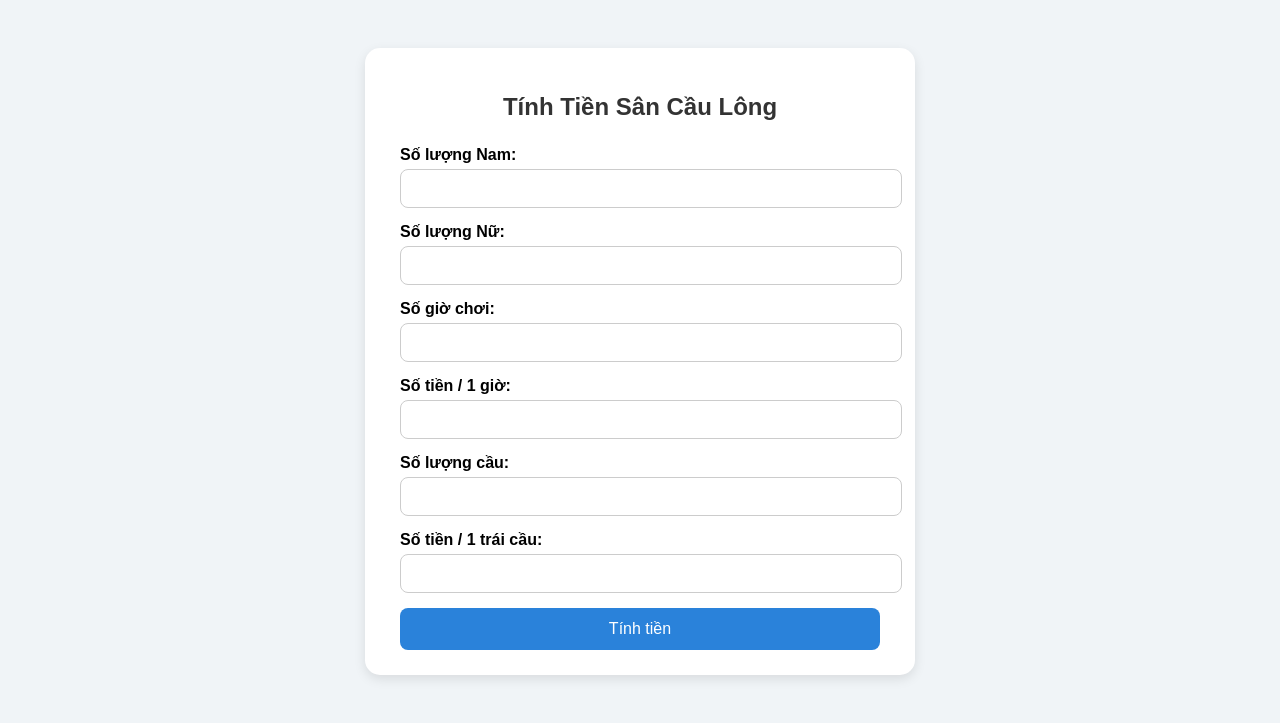
Repository: LuongPTCE181311/Badminton
Page: index.html
The author's editor kept a copy of each file at every save. The page is drawn from the files as they stood at one save, then again after the next save.
The browser window is 1280 px wide. The pictures show the whole page.

Above is the page before, as saved 2025-12-07 20:31:10.
Console error: TypeError: Cannot read properties of null (reading 'addEventListener')

### index.html
<!-- index.html -->
<!DOCTYPE html>
<html lang="vi">

<head>
    <meta charset="UTF-8" />
    <meta name="viewport" content="width=device-width, initial-scale=1.0" />
    <title>Badminton Fee Calculator</title>
    <link rel="stylesheet" href="assets/css/style.css" />
</head>

<body>
    <div class="container">
        <h2>Tính Tiền Sân Cầu Lông</h2>
        <label>Số lượng Nam:</label>
        <input type="number" id="maleCount" min="0" />
        <label>Số lượng Nữ:</label>
        <input type="number" id="femaleCount" min="0" />
        <label>Số giờ chơi:</label>
        <input type="number" id="hours" min="0" step="0.5" />
        <label>Số tiền / 1 giờ:</label>
        <input type="number" id="pricePerHour" min="0" />
        <label>Số lượng cầu:</label>
        <input type="number" id="shuttleCount" min="0" />
        <label>Số tiền / 1 trái cầu:</label>
        <input type="number" id="shuttlePrice" min="0" />
        <button onclick="calculateFee()">Tính tiền</button>
        <div id="result" class="result-box" style="display:none;"></div>
    </div>


    <script src="assets/js/main.js"></script>
</body>

</html>

### assets/css/style.css
body {
  font-family: Arial, sans-serif;
  background: #f0f4f7;
  display: flex;
  justify-content: center;
  padding: 40px;
}
.container {
  background: #ffffff;
  padding: 25px 35px;
  border-radius: 15px;
  max-width: 480px;
  width: 100%;
  box-shadow: 0 4px 12px rgba(0, 0, 0, 0.1);
}
h2 {
  text-align: center;
  margin-bottom: 25px;
  color: #333;
}
label {
  font-weight: bold;
}
input {
  width: 100%;
  padding: 10px;
  margin-top: 5px;
  margin-bottom: 15px;
  border-radius: 8px;
  border: 1px solid #ccc;
  font-size: 15px;
}
button {
  width: 100%;
  padding: 12px;
  background: #2a82da;
  color: #fff;
  border: none;
  border-radius: 8px;
  font-size: 16px;
  cursor: pointer;
}
button:hover {
  background: #1b5fa8;
}
.result-box {
  background: #eef5ff;
  padding: 15px;
  border-radius: 10px;
  margin-top: 20px;
  font-size: 17px;
}

### assets/js/main.js
document.getElementById("calculateBtn").addEventListener("click", function () {
  const men = parseInt(document.getElementById("men").value);
  const women = parseInt(document.getElementById("women").value);
  const hours = parseFloat(document.getElementById("hours").value);
  const pricePerHour = parseInt(document.getElementById("pricePerHour").value);
  const shuttleCount = parseInt(document.getElementById("shuttleCount").value);
  const pricePerShuttle = parseInt(
    document.getElementById("pricePerShuttle").value
  );
  const resultDiv = document.getElementById("result");

  // ----- Validate -----
  if (isNaN(men) || men < 0) return showError("Số lượng Nam không hợp lệ!");
  if (isNaN(women) || women < 0) return showError("Số lượng Nữ không hợp lệ!");
  if (men + women === 0) return showError("Phải có ít nhất 1 người chơi!");
  if (isNaN(hours) || hours <= 0)
    return showError("Số giờ chơi phải lớn hơn 0!");
  if (isNaN(pricePerHour) || pricePerHour < 1000)
    return showError("Tiền / giờ phải ≥ 1.000 VND!");
  if (isNaN(shuttleCount) || shuttleCount < 0)
    return showError("Số lượng cầu không hợp lệ!");
  if (isNaN(pricePerShuttle) || pricePerShuttle < 1000)
    return showError("Tiền 1 trái cầu phải ≥ 1.000 VND!");

  function showError(msg) {
    resultDiv.innerHTML = `<div style="color:red; font-weight:bold;">${msg}</div>`;
    return;
  }

  // ----- Tính tiền -----
  const courtCost = hours * pricePerHour;
  const shuttleCost = shuttleCount * pricePerShuttle;
  const totalCost = courtCost + shuttleCost;

  let costPerMan = 0;
  let costPerWoman = 0;
  let difference = 0;

  // ✔ Trường hợp chỉ có nam hoặc chỉ có nữ → CHIA ĐỀU
  if (men > 0 && women === 0) {
    costPerMan = Math.round(totalCost / men);
    resultDiv.innerHTML = `
            <b>Tổng tiền:</b> ${totalCost.toLocaleString()} VND<br>
            <b>Tiền mỗi Nam:</b> ${costPerMan.toLocaleString()} VND<br>
            <i>Chỉ có nam nên chia đều.</i>
        `;
    return;
  }

  if (women > 0 && men === 0) {
    costPerWoman = Math.round(totalCost / women);
    resultDiv.innerHTML = `
            <b>Tổng tiền:</b> ${totalCost.toLocaleString()} VND<br>
            <b>Tiền mỗi Nữ:</b> ${costPerWoman.toLocaleString()} VND<br>
            <i>Chỉ có nữ nên chia đều.</i>
        `;
    return;
  }

  // ✔ Trường hợp có cả nam và nữ → chia theo tỷ lệ số người
  const totalPeople = men + women;

  costPerMan = Math.floor(totalCost * (men / totalPeople));
  costPerWoman = Math.floor(totalCost * (women / totalPeople));

  // tiền 1 người nam / nữ
  const costPerManPerson = Math.round(costPerMan / men);
  const costPerWomanPerson = Math.round(costPerWoman / women);

  difference = costPerManPerson - costPerWomanPerson;

  // ----- Hiển thị kết quả -----
  resultDiv.innerHTML = `
        <b>Tổng tiền:</b> ${totalCost.toLocaleString()} VND<br><br>

        <b>Tiền mỗi Nam:</b> ${costPerManPerson.toLocaleString()} VND<br>
        <b>Tiền mỗi Nữ:</b> ${costPerWomanPerson.toLocaleString()} VND<br><br>
        <i>Chênh lệch Nam - Nữ = ${difference} (đơn vị tiền)</i>
    `;
});

After the next save:
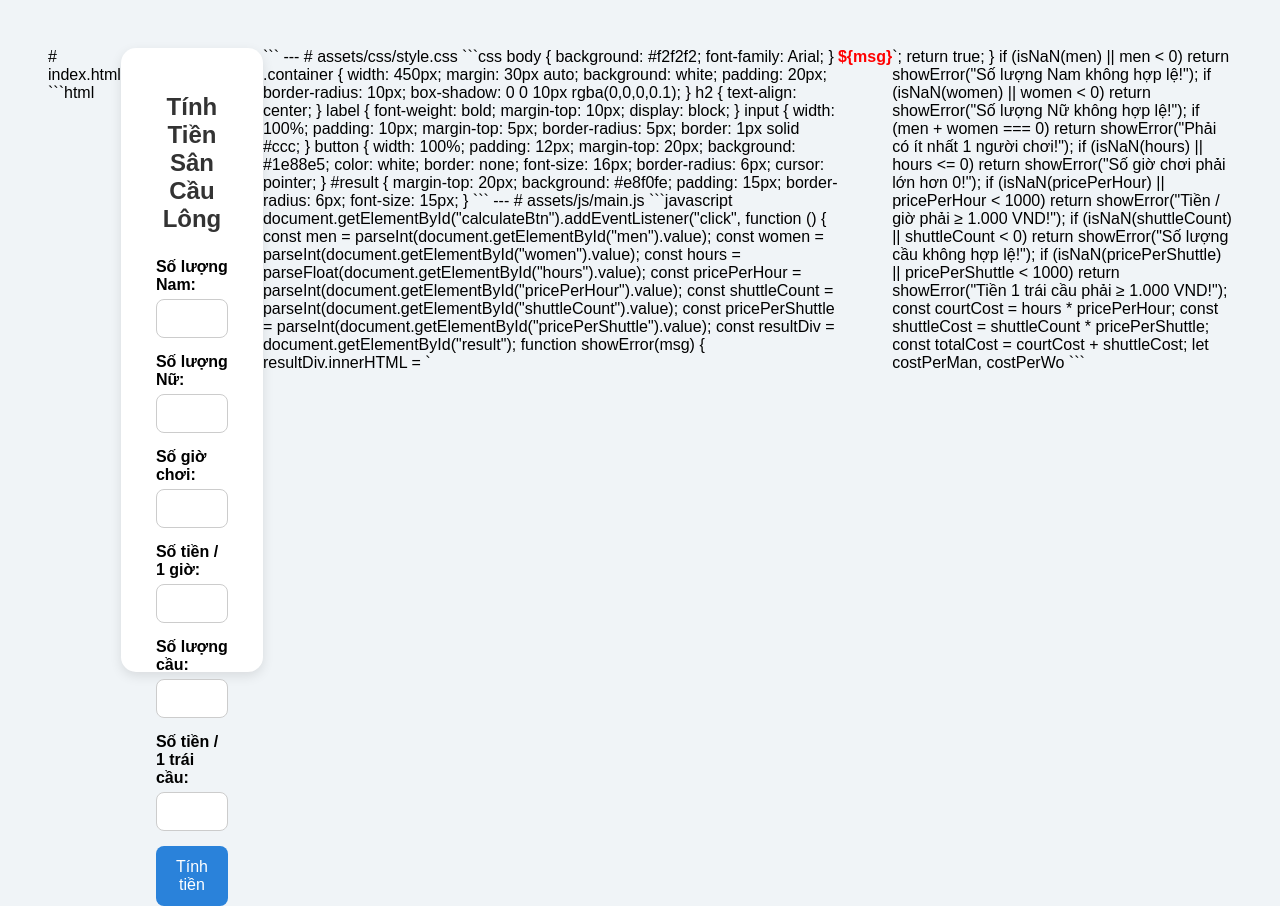
The error is gone.
Saved 73 s later.
--- a/index.html
+++ b/index.html
@@ -1,35 +1,134 @@
-<!-- index.html -->
+# index.html
+
+```html
 <!DOCTYPE html>
 <html lang="vi">
-
 <head>
     <meta charset="UTF-8" />
     <meta name="viewport" content="width=device-width, initial-scale=1.0" />
-    <title>Badminton Fee Calculator</title>
+    <title>Tính Tiền Sân Cầu Lông</title>
     <link rel="stylesheet" href="assets/css/style.css" />
 </head>
-
 <body>
     <div class="container">
         <h2>Tính Tiền Sân Cầu Lông</h2>
+
         <label>Số lượng Nam:</label>
-        <input type="number" id="maleCount" min="0" />
+        <input type="number" id="men" />
+
         <label>Số lượng Nữ:</label>
-        <input type="number" id="femaleCount" min="0" />
+        <input type="number" id="women" />
+
         <label>Số giờ chơi:</label>
-        <input type="number" id="hours" min="0" step="0.5" />
+        <input type="number" id="hours" />
+
         <label>Số tiền / 1 giờ:</label>
-        <input type="number" id="pricePerHour" min="0" />
+        <input type="number" id="pricePerHour" />
+
         <label>Số lượng cầu:</label>
-        <input type="number" id="shuttleCount" min="0" />
+        <input type="number" id="shuttleCount" />
+
         <label>Số tiền / 1 trái cầu:</label>
-        <input type="number" id="shuttlePrice" min="0" />
-        <button onclick="calculateFee()">Tính tiền</button>
-        <div id="result" class="result-box" style="display:none;"></div>
+        <input type="number" id="pricePerShuttle" />
+
+        <button id="calculateBtn">Tính tiền</button>
+
+        <div id="result"></div>
     </div>
-
 
     <script src="assets/js/main.js"></script>
 </body>
+</html>
+```
 
-</html>
+---
+
+# assets/css/style.css
+
+```css
+body {
+    background: #f2f2f2;
+    font-family: Arial;
+}
+
+.container {
+    width: 450px;
+    margin: 30px auto;
+    background: white;
+    padding: 20px;
+    border-radius: 10px;
+    box-shadow: 0 0 10px rgba(0,0,0,0.1);
+}
+
+h2 {
+    text-align: center;
+}
+
+label {
+    font-weight: bold;
+    margin-top: 10px;
+    display: block;
+}
+
+input {
+    width: 100%;
+    padding: 10px;
+    margin-top: 5px;
+    border-radius: 5px;
+    border: 1px solid #ccc;
+}
+
+button {
+    width: 100%;
+    padding: 12px;
+    margin-top: 20px;
+    background: #1e88e5;
+    color: white;
+    border: none;
+    font-size: 16px;
+    border-radius: 6px;
+    cursor: pointer;
+}
+
+#result {
+    margin-top: 20px;
+    background: #e8f0fe;
+    padding: 15px;
+    border-radius: 6px;
+    font-size: 15px;
+}
+```
+
+---
+
+# assets/js/main.js
+
+```javascript
+document.getElementById("calculateBtn").addEventListener("click", function () {
+    const men = parseInt(document.getElementById("men").value);
+    const women = parseInt(document.getElementById("women").value);
+    const hours = parseFloat(document.getElementById("hours").value);
+    const pricePerHour = parseInt(document.getElementById("pricePerHour").value);
+    const shuttleCount = parseInt(document.getElementById("shuttleCount").value);
+    const pricePerShuttle = parseInt(document.getElementById("pricePerShuttle").value);
+    const resultDiv = document.getElementById("result");
+
+    function showError(msg) {
+        resultDiv.innerHTML = `<div style="color:red; font-weight:bold;">${msg}</div>`;
+        return true;
+    }
+
+    if (isNaN(men) || men < 0) return showError("Số lượng Nam không hợp lệ!");
+    if (isNaN(women) || women < 0) return showError("Số lượng Nữ không hợp lệ!");
+    if (men + women === 0) return showError("Phải có ít nhất 1 người chơi!");
+    if (isNaN(hours) || hours <= 0) return showError("Số giờ chơi phải lớn hơn 0!");
+    if (isNaN(pricePerHour) || pricePerHour < 1000) return showError("Tiền / giờ phải ≥ 1.000 VND!");
+    if (isNaN(shuttleCount) || shuttleCount < 0) return showError("Số lượng cầu không hợp lệ!");
+    if (isNaN(pricePerShuttle) || pricePerShuttle < 1000) return showError("Tiền 1 trái cầu phải ≥ 1.000 VND!");
+
+    const courtCost = hours * pricePerHour;
+    const shuttleCost = shuttleCount * pricePerShuttle;
+    const totalCost = courtCost + shuttleCost;
+
+    let costPerMan, costPerWo
+```
